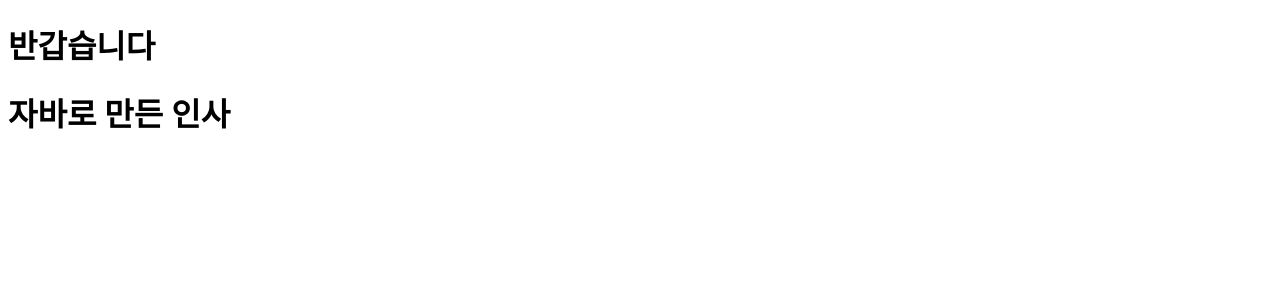
Repository: dychung1021/newrepository
Page: http://localhost/JSP01/
The author's editor kept a copy of each file at every save. The page is drawn from the files as they stood at one save, then again after the next save.
The browser window is 1280 px wide. The pictures show the whole page.
The page is served by Tomcat 9.

Above is the page before, as saved 2024-05-09 05:59:28.

### JSP/JSP01/src/main/webapp/index.jsp
<%@ page language="java" contentType="text/html; charset=utf-8"
    pageEncoding="utf-8"%>
<!DOCTYPE html>
<html>
	<head>
		<meta charset="utf-8">
		<title>1st JSP</title>
	</head>
	<body>
		<h1>반갑습니다</h1>
		<%String str="자바로 만든 인사"; %>
		<h1 color=red><%out.print(str); %></h1>
	</body>
</html>

After the next save:
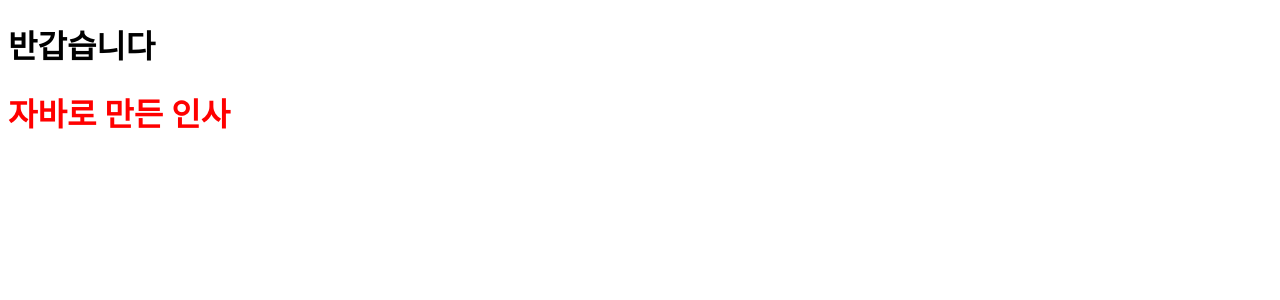
Saved 29 s later.
--- a/JSP/JSP01/src/main/webapp/index.jsp
+++ b/JSP/JSP01/src/main/webapp/index.jsp
@@ -9,6 +9,6 @@
 	<body>
 		<h1>반갑습니다</h1>
 		<%String str="자바로 만든 인사"; %>
-		<h1 color=red><%out.print(str); %></h1>
+		<h1 style="color:red"><%out.print(str); %></h1>
 	</body>
 </html>
